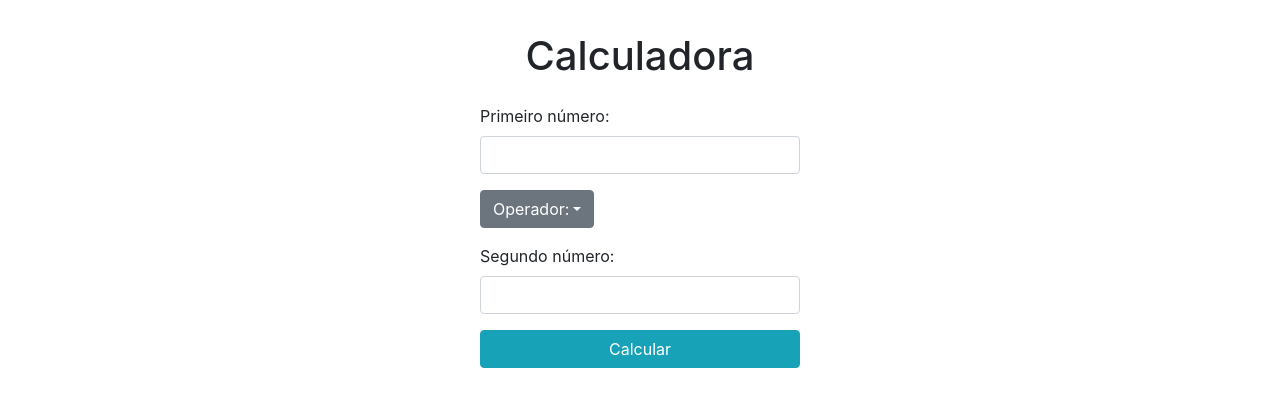
Repository: babirms/DAC
Page: Calculadora/WebContent/home.html
An editor plug-in stored every save of this project. The page is shown before and after the next save, followed by the edit.
The browser window is 1280 px wide. The pictures show the whole page.

Above is the page before, as saved 2020-09-20 23:31:38.
Console error (its wording comes from the project's code and is left out).

After the next save:
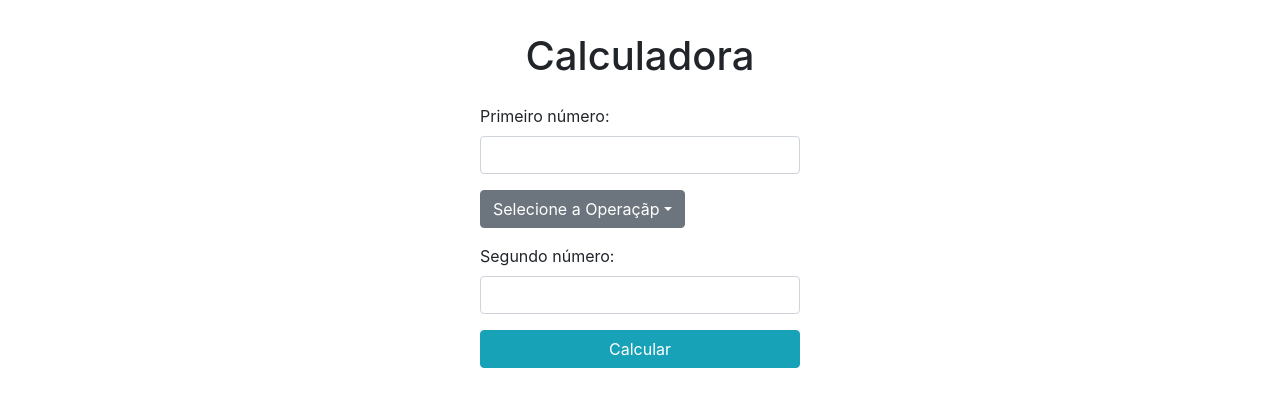
Saved 18 s later.
--- a/Calculadora/WebContent/home.html
+++ b/Calculadora/WebContent/home.html
@@ -21,7 +21,7 @@
 					<div class="dropdown">
 						<button class="btn btn-secondary dropdown-toggle" type="button"
 							id="dropdownMenuButton" data-toggle="dropdown"
-							aria-haspopup="true" aria-expanded="false">Operador:</button>
+							aria-haspopup="true" aria-expanded="false">Selecione a Operaçãp</button>
 							 <div class="dropdown-menu" aria-labelledby="dropdownMenuButton">
 						<select name="operacao">
 							<option class="dropdown-item" value="+" class="shadow-sm p-3 mb-5 bg-white rounded">(+)</option>
